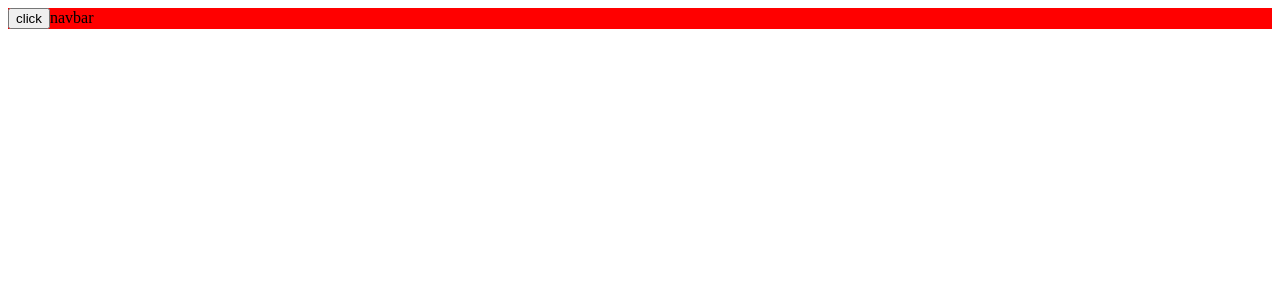
Repository: ysl200/111
Page: / (app in react/frontend/)
The author's editor kept a copy of each file at every save. The page is drawn from the files as they stood at one save, then again after the next save.
The browser window is 1280 px wide. The pictures show the whole page.
The project was rebuilt for these pictures with package versions that can differ from the ones it lists, and the page was loaded fresh each time.

Above is the page before, as saved 2024-01-03 14:03:09.

### react/frontend/src/index.js
import React, { Component } from "react";
import { createRoot } from 'react-dom/client';

class Navbar extends Component {
    render() {
      return (
        <div style={{ background: "red" }}>
          <button
            onClick={() => {
              console.log("子通知父， 让父的isSHow 取反。", this.props.event);

              this.props.event(); //调用父组件传来啊的回调函数
            }}
          >
            click
          </button>
          <span>navbar</span>
        </div>
      );
    }
  }
  class Sidebar extends Component {
    render() {
      return (
        <div style={{ background: "yellow", width: "200px" }}>
          <ul>
            <li>11111</li>
          </ul>
        </div>
      );
    }
  }
  // 父组件
  class App extends Component {
    state = {
      isShow: false,
    };

    handleEvent = () => {
      this.setState({
        isShow: !this.state.isShow,
      });
      // console.log("父组件定义的event事件")
    };
    render() {
      return (
        <div>
          <Navbar event={this.handleEvent} />
          {/* <button onClick={()=>{
                      this.setState({
                          isShow:!this.state.isShow
                      })
                  }}>click</button> */}
          {this.state.isShow && <Sidebar />}
        </div>
      );
    }
  }

const container = document.getElementById('root');
const root = createRoot(container); // createRoot(container!) if you use TypeScript
root.render(<App />);

Loaded but not shown: react/frontend/public/index.html (common file)

After the next save:
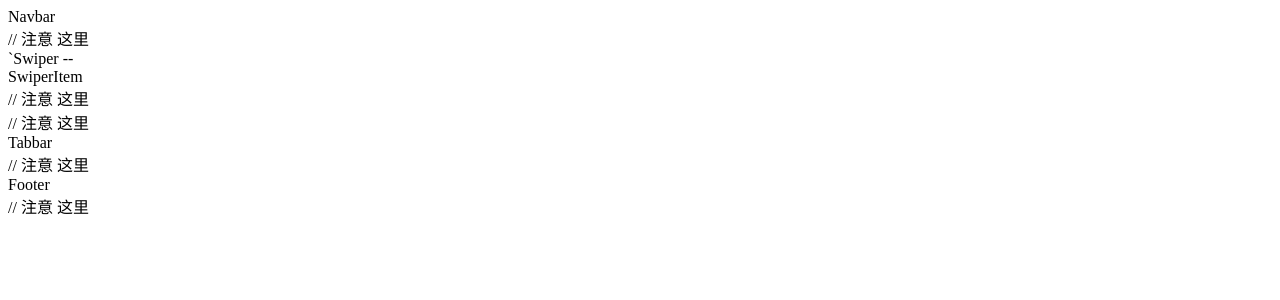
Saved 29 h 13 min later.
--- a/react/frontend/src/index.js
+++ b/react/frontend/src/index.js
@@ -1,61 +1,46 @@
 import React, { Component } from "react";
 import { createRoot } from 'react-dom/client';
 
+
 class Navbar extends Component {
-    render() {
-      return (
-        <div style={{ background: "red" }}>
-          <button
-            onClick={() => {
-              console.log("子通知父， 让父的isSHow 取反。", this.props.event);
+  render() {
+    return (
+      <div>
+        Navbar
+      </div>
+    );
+  }
+}
 
-              this.props.event(); //调用父组件传来啊的回调函数
-            }}
-          >
-            click
-          </button>
-          <span>navbar</span>
-        </div>
-      );
-    }
+
+function SwiperItem(){
+  return <div>SwiperItem</div>
+}
+
+function Swiper(){
+  return <div>
+  `Swiper -- <SwiperItem></SwiperItem> // 注意 这里
+  </div>
+}
+
+const Tabbar = ()=>{
+  return <div>Tabbar</div>
+}
+
+const Footer = ()=>  <div>Footer</div>
+
+export default class App extends Component {
+  render() {
+    return (
+      <div>
+        <Navbar></Navbar> // 注意 这里
+        <Swiper></Swiper> // 注意 这里
+        <Tabbar></Tabbar> // 注意 这里
+        <Footer></Footer> // 注意 这里
+      </div>
+    )
   }
-  class Sidebar extends Component {
-    render() {
-      return (
-        <div style={{ background: "yellow", width: "200px" }}>
-          <ul>
-            <li>11111</li>
-          </ul>
-        </div>
-      );
-    }
-  }
-  // 父组件
-  class App extends Component {
-    state = {
-      isShow: false,
-    };
-
-    handleEvent = () => {
-      this.setState({
-        isShow: !this.state.isShow,
-      });
-      // console.log("父组件定义的event事件")
-    };
-    render() {
-      return (
-        <div>
-          <Navbar event={this.handleEvent} />
-          {/* <button onClick={()=>{
-                      this.setState({
-                          isShow:!this.state.isShow
-                      })
-                  }}>click</button> */}
-          {this.state.isShow && <Sidebar />}
-        </div>
-      );
-    }
-  }
+}
 
 const container = document.getElementById('root');
 const root = createRoot(container); // createRoot(container!) if you use TypeScript
